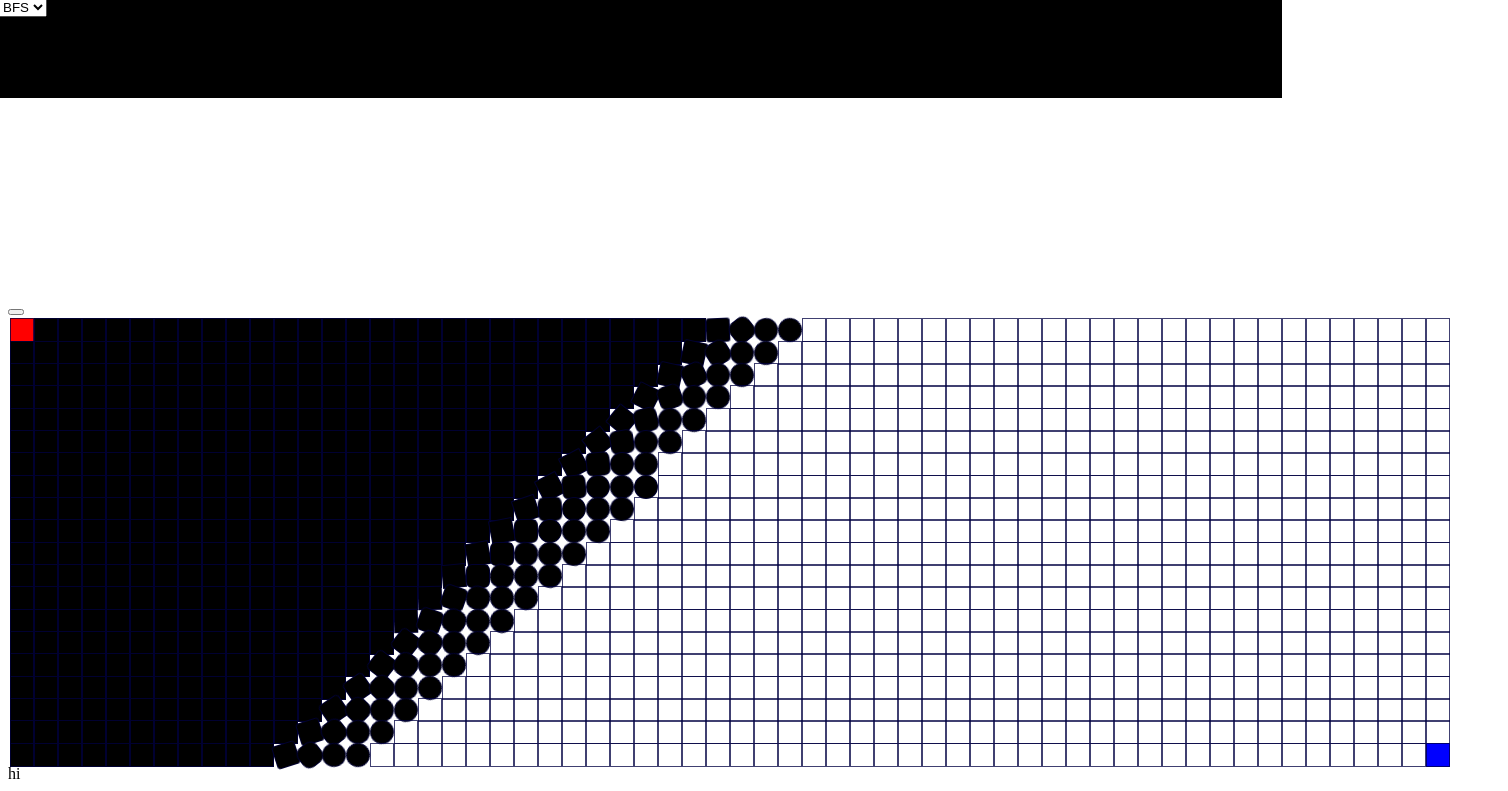
Repository: NikhilJohny/Pathfinding---ReactJS
Page: /, after clicking the first element matching `button`
An editor plug-in stored every save of this project. The page is shown before and after the next save, followed by the edit.
The browser window is 1280 px wide. The page is 1508 px wide, so the pictures cover 1508 px, including what lies to the right of the window. The pictures show the whole page.
The project was rebuilt for these pictures with package versions that can differ from the ones it lists, and the page was loaded fresh each time.

Above is the page before, as saved 2021-05-11 11:00:12.

After the next save:
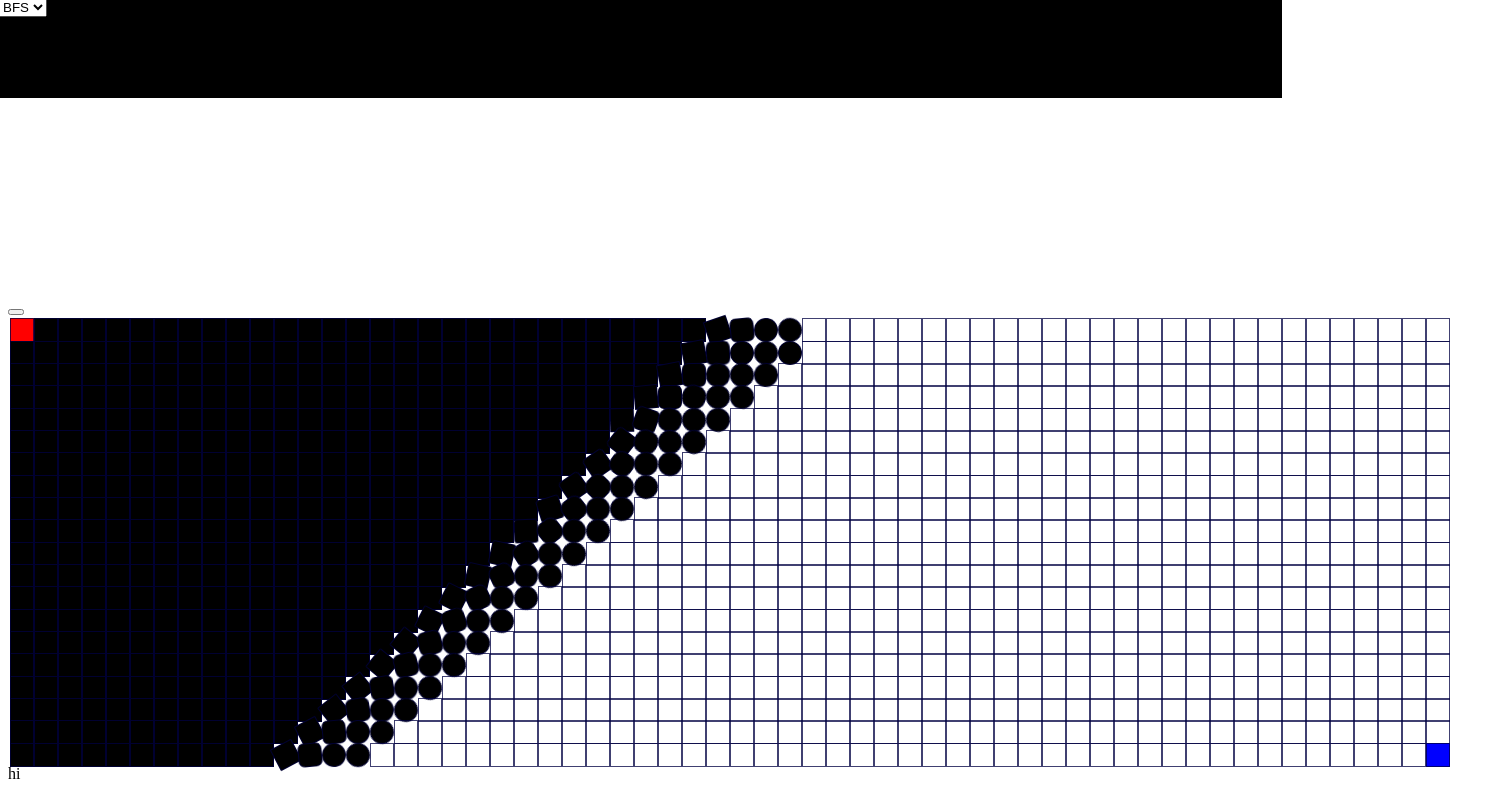
Saved 8 s later.
--- a/src/Node.css
+++ b/src/Node.css
@@ -60,7 +60,7 @@
     }
 
     .node-visited {
-        animation: square-to-circle 1s .2s infinite cubic-bezier(1, .015, .295, 1.225) alternate;
+        animation: square-to-circle 1s .1s infinite cubic-bezier(1, .015, .295, 1.225) alternate;
         /* animation-name: visitedAnimation1; */
         animation-duration: 1s;
         animation-timing-function: ease-out;
